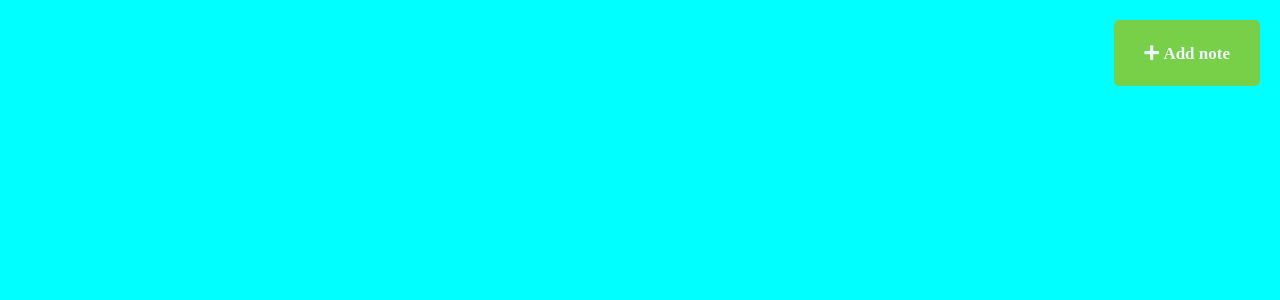
Repository: northpx/noteslist
Page: index.html
The author's editor kept a copy of each file at every save. The page is drawn from the files as they stood at one save, then again after a run of saves.
The browser window is 1280 px wide. The pictures show the whole page.
Some web libraries are served in a nearby version.

Above is the page before, as saved 2023-01-08 09:27:20.

After the next 2 saves:
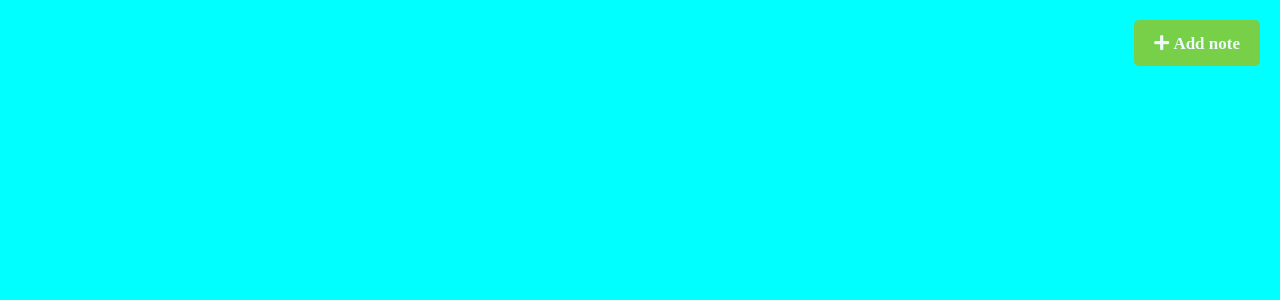
The 2 saves are shown as one change because they came seconds apart.
The last was saved 8 s later.
--- a/style.css
+++ b/style.css
@@ -21,7 +21,7 @@
     border: none;
     color: aliceblue;
     border-radius: 5px;
-    padding: 20px 30px;
+    padding: 10px 20px;
     cursor: pointer;
     font-size: 17px;
 }
